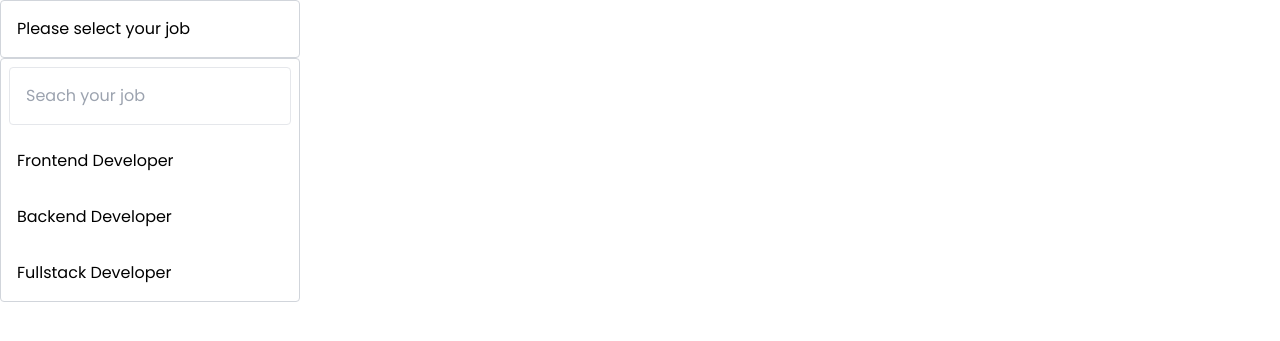
Repository: ThanhPhongsof/React-Course
Page: /, after clicking the first element matching `div.flex`
These files come from the project's save history. The page is drawn as it stood at one moment and after the next save; the edit follows.
The browser window is 1280 px wide. The pictures show the whole page.
The project was rebuilt for these pictures with package versions that can differ from the ones it lists, and the page was loaded fresh each time.

Above is the page before, as saved 2022-04-26 09:27:19.

### src/index.js
import React from "react";
import ReactDOM from "react-dom";
import App from "./App";
import reportWebVitals from "./reportWebVitals";
import "./index.scss";
import { BrowserRouter } from "react-router-dom";

// ReactDOM.render(
//   // <React.StrictMode>
//     <BrowserRouter>
//       <App />
//     </BrowserRouter>
//   // </React.StrictMode>,
//   document.getElementById("root")
// );

ReactDOM.render(
  <BrowserRouter>
    <App />
  </BrowserRouter>,
  document.getElementById("root")
);

// If you want to start measuring performance in your app, pass a function
// to log results (for example: reportWebVitals(console.log))
// or send to an analytics endpoint. Learn more: https://bit.ly/CRA-vitals
reportWebVitals();

### src/App.js
import React from "react";
import Dropdown from "./components/advanced-react/inversion-of-control/Dropdown";

const options = [
  {
    title: "Frontend Developer",
    onClick: () => {},
  },
  {
    title: "Backend Developer",
    onClick: () => {},
  },
  {
    title: "Fullstack Developer",
    onClick: () => {},
  },
];

const onChangeInput = () => {};

const App = () => {
  return (
    <div>
      <Dropdown
        options={options}
        placeholder="Please select your job"
        inputPlaceholder="Seach your job"
        onChangeInput={onChangeInput}
      ></Dropdown>
    </div>
  );
};

export default App;

### src/index.scss
@tailwind base;
@tailwind components;
@tailwind utilities;

@layer base {
  @import url("https://fonts.googleapis.com/css2?family=Poppins:wght@300;400;500;700&display=swap");
  body {
    font-family: "Poppins", sans-serif;
  }
}
.skeleton {
  background-color: #eee;
  background-image: linear-gradient(
    110deg,
    #ececec 8%,
    #f5f5f5 18%,
    #ececec 33%
  );
  background-size: 200% 100%;
  animation: 1.5s shine linear infinite;
}
@keyframes shine {
  to {
    background-position-x: -200%;
  }
}
.zoom-enter .content {
  opacity: 0;
  transform: scale(0.5);
}
.zoom-enter-active .content {
  opacity: 1;
  transform: scale(1);
}
.zoom-exit .content {
  opacity: 1;
}
.zoom-exit-active .content {
  opacity: 0;
  transform: scale(0.5);
}

// Fade

.fade-enter .tooltip {
  opacity: 0;
}
.fade-enter-active .tooltip {
  opacity: 1;
}
.fade-exit .tooltip {
  opacity: 1;
}
.fade-exit-active .tooltip {
  opacity: 0;
}

### src/components/advanced-react/inversion-of-control/Dropdown.js
import React, { useState } from "react";

const Dropdown = ({
  options,
  placeholder = "Please select an option",
  inputPlaceholder,
  onChangeInput = () => {},
}) => {
  const [show, setShow] = useState(false);
  const handleToggleDropdown = () => {
    setShow((show) => !show);
  };

  return (
    <div className="relative inline-block w-full max-w-[300px]">
      <div
        className="flex items-center justify-between p-4 border border-gray-300 rounded cursor-pointer placeholder"
        onClick={handleToggleDropdown}
      >
        {placeholder}
      </div>
      {show && (
        <div className="border border-gray-300 rounded options">
          <div className="p-2">
            <input
              type="text"
              placeholder={inputPlaceholder}
              className="w-full p-4 border border-gray-200 rounded outline-none"
              onChange={onChangeInput}
            />
          </div>
          {options &&
            options?.map((item) => (
              <div
                key={item.title}
                className="flex items-center p-4 cursor-pointer option-item justity-between"
                onClick={item.onClick}
              >
                <span>{item.title}</span>
              </div>
            ))}
        </div>
      )}
    </div>
  );
};

export default Dropdown;

### tailwind.config.js
module.exports = {
  content: ["./src/**/*.{js,jsx,ts,tsx}"],
  theme: {
    extend: {
      backgroundImage: {
        "primary-gradient": `linear-gradient(
          86.88deg,
          #7d6aff 1.38%,
          #ffb86c 64.35%,
          #fc2872 119.91%
        )`,
        "secondary-gradient": `linear-gradient(86.88deg, #20e3b2, #2cccff)`,
      },
    },
  },
  plugins: [],
};

Loaded but not shown: public/index.html (common file); src/reportWebVitals.js (common file)

After the next save:
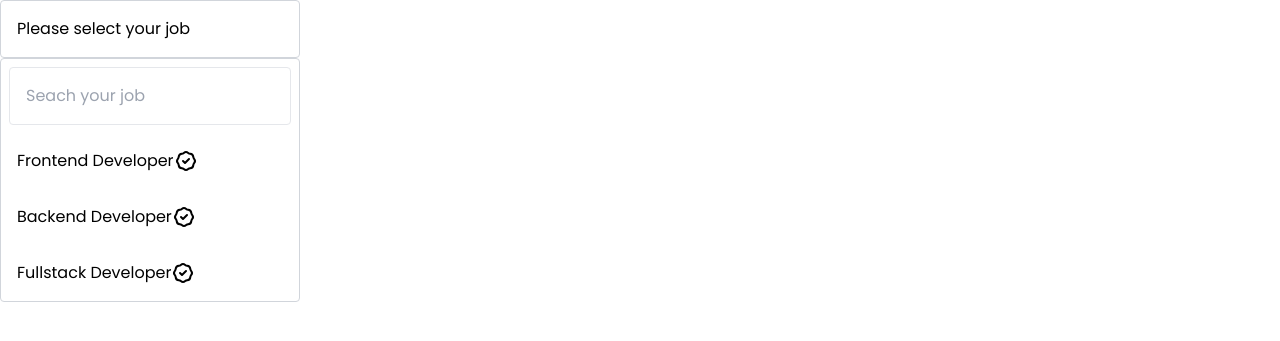
Saved 7 s later.
--- a/src/components/advanced-react/inversion-of-control/Dropdown.js
+++ b/src/components/advanced-react/inversion-of-control/Dropdown.js
@@ -37,6 +37,20 @@ const Dropdown = ({
                 onClick={item.onClick}
               >
                 <span>{item.title}</span>
+                <svg
+                  xmlns="http://www.w3.org/2000/svg"
+                  className="w-6 h-6"
+                  fill="none"
+                  viewBox="0 0 24 24"
+                  stroke="currentColor"
+                  strokeWidth={2}
+                >
+                  <path
+                    strokeLinecap="round"
+                    strokeLinejoin="round"
+                    d="M9 12l2 2 4-4M7.835 4.697a3.42 3.42 0 001.946-.806 3.42 3.42 0 014.438 0 3.42 3.42 0 001.946.806 3.42 3.42 0 013.138 3.138 3.42 3.42 0 00.806 1.946 3.42 3.42 0 010 4.438 3.42 3.42 0 00-.806 1.946 3.42 3.42 0 01-3.138 3.138 3.42 3.42 0 00-1.946.806 3.42 3.42 0 01-4.438 0 3.42 3.42 0 00-1.946-.806 3.42 3.42 0 01-3.138-3.138 3.42 3.42 0 00-.806-1.946 3.42 3.42 0 010-4.438 3.42 3.42 0 00.806-1.946 3.42 3.42 0 013.138-3.138z"
+                  />
+                </svg>
               </div>
             ))}
         </div>
